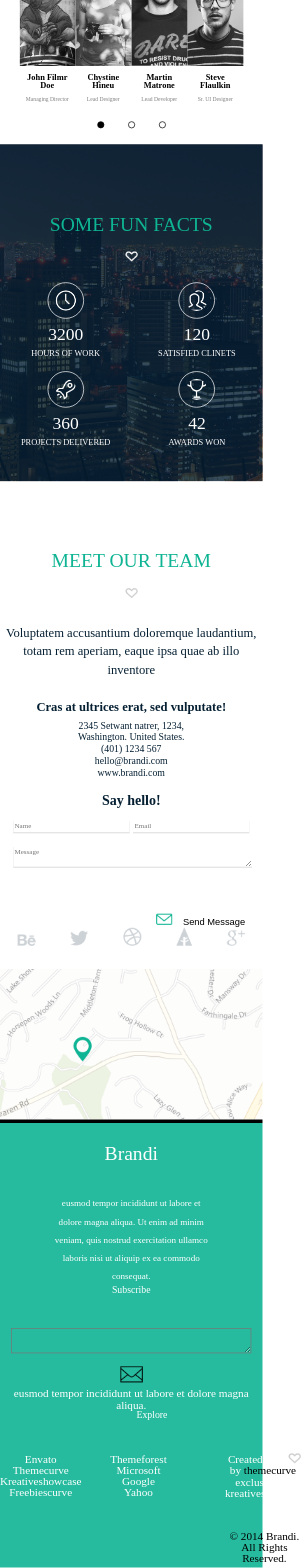
Repository: iravakilova/Brandi
Page: app/html/index.html
The author's editor kept a copy of each file at every save. The page is drawn from the files as they stood at one save, then again after a run of saves.
The browser window is 375 px wide. The page is 434 px wide, so the pictures cover 434 px, including what lies to the right of the window. The pictures show the part of the page from y = 2565 to 4805 px (the page is 4805 px tall before and 4768 px after), at 70% of full size.
The style sheet was rebuilt from its Sass, Less or Tailwind sources for each picture, by a compiler version that may differ from the author's.

Above is the page before, as saved 2020-03-12 19:53:41.

### app/html/index.html
<!DOCTYPE html>
<html lang="en">
<head>
    <meta charset="UTF-8">
    <meta name="viewport" content="width=device-width, initial-scale=1.0">
    <title>BRANDI</title>
    <link rel="stylesheet" href="css/style.css">
</head>
<body>

    <!-- header -->

    <header class="header">
        <div class="container">
            <div class="header__inner">
                <div class="header__logo">
                    <p class="logo">Brandi</p>
                    <p class="logo-text">I’am your tag line</p>
                </div>
                <nav class="header-menu">
                    <img class="burger-menu" src="./img/menu.png" alt="">
                    <div class="navigation">
                        <a class="navigation__link active" href="#">Home</a>
                        <a class="navigation__link" href="#">Features</a>
                        <a class="navigation__link" href="#">Works</a>
                        <a class="navigation__link" href="#">Team</a>
                        <a class="navigation__link" href="#">Contact</a>
                    </div>
                </nav>
            </div>
        </div>

        <div class="intro">
            <div class="container">
                <div class="intro__inner">
                    <h1 class="intro__title">Meet <span style="font-weight: bold;">Brandi! </span> </h1>
                    <h2 class="intro__suptitle"><span style="color:#0fde95;">/creative</span> one page template.</h2>
                    <span class="intro__descr">We are a team of professionals</span>
                </div>
                <div class="social">
                    <a class="social__link" href="#"><img src="./img/twitter.png" alt="twitter"></a>
                    <a class="social__link" href="#"><img src="./img/facebook.png" alt="facebook"></a>
                    <a class="social__link" href="#"><img src="./img/google.png" alt="google"></a>
                    <a class="social__link" href="#"><img src="./img/dribbble.png" alt="dribbble"></a>
                </div>
            </div>
        </div>
    </header>

    <!-- features -->

    <section class="features">
        <div class="container">
            <h3 class="unit-title">Features</h3>
            <img class="heart" src="./img/heart-1.png" alt="">
            <div class="features__inner">
                <div class="features__var">
                    <div class="features__image">
                        <img src="./img/features-1.png" alt="">
                    </div>
                    <div class="features__item">
                        <h4 class="features__title">Branding</h4>
                        <p class="features__descr">Sed ut perspiciatis unde omnis iste natus error sit voluptatem accusantium doloremque laudantium, totam rem aperiam, eaque ipsa quae ab illo inventore</p>
                    </div>
                </div>
                <div class="features__var">
                    <div class="features__image">
                        <img src="./img/features-2.png" alt="">
                    </div>
                    <div class="features__item">
                        <h4 class="features__title">Development</h4>
                        <p class="features__descr">Sed ut perspiciatis unde omnis iste natus error sit voluptatem accusantium doloremque laudantium, totam rem aperiam, eaque ipsa quae ab illo inventore</p>
                    </div>
                </div>
                <div class="features__var">
                    <div class="features__image">
                        <img src="./img/features-3.png" alt="">
                    </div>
                    <div class="features__item">
                        <h4 class="features__title">Consulting</h4>
                        <p class="features__descr">Sed ut perspiciatis unde omnis iste natus error sit voluptatem accusantium doloremque laudantium, totam rem aperiam, eaque ipsa quae ab illo inventore</p>
                    </div>
                </div>
            </div>
        </div>
    </section>

    <!-- works -->

    <section class="works">
        <div class="wrap">
            <h3 class="unit-title">Works</h3>
            <img class="heart" src="./img/heart-1.png" alt="">
            <p class="unit-article">Sed ut perspiciatis unde omnis iste natus error sit voluptatem accusantium doloremque laudantium, totam<br/> rem aperiam, eaque ipsa quae ab illo inventore</p>
            <nav class="works-menu">
                <a class="works-menu__link" href="#">All</a>
                <a class="works-menu__link" href="#">Branding</a>
                <a class="works-menu__link" href="#">Web</a>
                <a class="works-menu__link" href="#">Logo Design</a>
                <a class="works-menu__link" href="#">Photography</a>
            </nav>
            <div class="gallery">
                <div class="gallery__container">
                    <div class="gallery__box">
                        <img class="gallery__img" src="./img/works-1.png" alt="">
                        <div class="ladore">
                            <div class="ladore__img">
                                <img src="./img/eye.png" alt="">
                            </div>
                            <h4 class="ladore__title">Labore et dolore magnam</h4>
                            <p class="ladore__descr">Photography</p>
                        </div>
                    </div>
                    <div class="gallery__box">
                        <img class="gallery__img" src="./img/works-2.png" alt="">
                        <div class="ladore">
                            <div class="ladore__img">
                                <img src="./img/eye.png" alt="">
                            </div>
                            <h4 class="ladore__title">Labore et dolore magnam</h4>
                            <p class="ladore__descr">Photography</p>
                        </div>
                    </div>
                    <div class="gallery__box">
                        <img class="gallery__img" src="./img/works-3.png" alt="">
                        <div class="ladore">
                            <div class="ladore__img">
                                <img src="./img/eye.png" alt="">
                            </div>
                            <h4 class="ladore__title">Labore et dolore magnam</h4>
                            <p class="ladore__descr">Photography</p>
                        </div>
                    </div>
                    <div class="gallery__box">
                        <img class="gallery__img" src="./img/works-4.png" alt="">
                        <div class="ladore">
                            <div class="ladore__img">
                                <img src="./img/eye.png" alt="">
                            </div>
                            <h4 class="ladore__title">Labore et dolore magnam</h4>
                            <p class="ladore__descr">Photography</p>
                        </div>
                    </div>
                    <div class="gallery__box">
                        <img class="gallery__img" src="./img/works-5.png" alt="">
                        <div class="ladore">
                            <div class="ladore__img">
                                <img src="./img/eye.png" alt="">
                            </div>
                            <h4 class="ladore__title">Labore et dolore magnam</h4>
                            <p class="ladore__descr">Photography</p>
                        </div>
                    </div>
                    <div class="gallery__box">
                        <img class="gallery__img" src="./img/works-6.png" alt="">
                        <div class="ladore">
                            <div class="ladore__img">
                                <img src="./img/eye.png" alt="">
                            </div>
                            <h4 class="ladore__title">Labore et dolore magnam</h4>
                            <p class="ladore__descr">Photography</p>
                        </div>
                    </div>
                    <div class="gallery__box">
                        <img class="gallery__img" src="./img/works-7.png" alt="">
                        <div class="ladore">
                            <div class="ladore__img">
                                <img src="./img/eye.png" alt="">
                            </div>
                            <h4 class="ladore__title">Labore et dolore magnam</h4>
                            <p class="ladore__descr">Photography</p>
                        </div>
                    </div>
                    <div class="gallery__box">
                        <img class="gallery__img" src="./img/works-8.png" alt="">
                        <div class="ladore">
                            <div class="ladore__img">
                                <img src="./img/eye.png" alt="">
                            </div>
                            <h4 class="ladore__title">Labore et dolore magnam</h4>
                            <p class="ladore__descr">Photography</p>
                        </div>
                    </div>
                </div>
            </div>
        </div>
    </section>

    <!-- team -->

    <section class="team">
        <div class="container">
            <h3 class="unit-title">Meet Our Team</h3>
            <img class="heart" src="./img/heart-1.png" alt="">
            <p class="unit-article">Sed ut perspiciatis unde omnis iste natus error sit voluptatem accusantium doloremque laudantium, totam <br/>rem aperiam, eaque ipsa quae ab illo inventore</p>
            <div class="crew">
                <input type="radio" name="switch" id="btn1" checked>
                <input type="radio" name="switch" id="btn2">
                <input type="radio" name="switch" id="btn3">

                <div class="switch">
                    <label for="btn1"></label>
                    <label for="btn2"></label>
                    <label for="btn3"></label>
                </div>
                <div class="crew__container">
                    <div class="crew__box">
                        <div class="crew__box__inner">
                            <img class="crew__img" src="./img/team-1.png" alt="">
                            <div class="crew__info">
                                <h4 class="crew__title">Nemo enim ipsam voluptatem quia voluptas</h4>
                                <p class="crew__descr">sit aspernatur aut odit aut fugit, sed quia consequuntur magni dolores eos qui ratione voluptatem.</p>
                                <div class="crew__social">
                                    <a class="crew__social__link" href="#"><img src="./img/twitter.png" alt="twitter"></a>
                                    <a class="crew__social__link" href="#"><img src="./img/facebook.png" alt="facebook"></a>
                                    <a class="crew__social__link" href="#"><img src="./img/google.png" alt="google"></a>
                                </div>
                            </div>
                        </div>
                        <h4 class="crew__suptitle">John Filmr Doe</h4>
                        <p class="crew__supdescr">Managing Director</p>
                    </div>
                    <div class="crew__box">
                        <div class="crew__box__inner">
                            <img class="crew__img" src="./img/team-2.png" alt="">
                            <div class="crew__info">
                                <h4 class="crew__title">Nemo enim ipsam voluptatem quia voluptas</h4>
                                <p class="crew__descr">sit aspernatur aut odit aut fugit, sed quia consequuntur magni dolores eos qui ratione voluptatem.</p>
                                <div class="crew__social">
                                    <a class="crew__social__link" href="#"><img src="./img/twitter.png" alt="twitter"></a>
                                    <a class="crew__social__link" href="#"><img src="./img/facebook.png" alt="facebook"></a>
                                    <a class="crew__social__link" href="#"><img src="./img/google.png" alt="google"></a>
                                </div>
                            </div>
                        </div>
                        <h4 class="crew__suptitle">Chystine Hineu</h4>
                        <p class="crew__supdescr">Lead Designer</p>
                    </div>
                    <div class="crew__box">
                        <div class="crew__box__inner">
                            <img class="crew__img" src="./img/team-3.png" alt="">
                            <div class="crew__info">
                                <h4 class="crew__title">Nemo enim ipsam voluptatem quia voluptas</h4>
                                <p class="crew__descr">sit aspernatur aut odit aut fugit, sed quia consequuntur magni dolores eos qui ratione voluptatem.</p>
                                <div class="crew__social">
                                    <a class="crew__social__link" href="#"><img src="./img/twitter.png" alt="twitter"></a>
                                    <a class="crew__social__link" href="#"><img src="./img/facebook.png" alt="facebook"></a>
                                    <a class="crew__social__link" href="#"><img src="./img/google.png" alt="google"></a>
                                </div>
                            </div>
                        </div>
                        <h4 class="crew__suptitle">Martin Matrone</h4>
                        <p class="crew__supdescr">Lead Developer</p>
                    </div>
                    <div class="crew__box">
                        <div class="crew__box__inner">
                            <img class="crew__img" src="./img/team-4.png" alt="">
                            <div class="crew__info">
                                <h4 class="crew__title">Nemo enim ipsam voluptatem quia voluptas</h4>
                                <p class="crew__descr">sit aspernatur aut odit aut fugit, sed quia consequuntur magni dolores eos qui ratione voluptatem.</p>
                                <div class="crew__social">
                                    <a class="crew__social__link" href="#"><img src="./img/twitter.png" alt="twitter"></a>
                                    <a class="crew__social__link" href="#"><img src="./img/facebook.png" alt="facebook"></a>
                                    <a class="crew__social__link" href="#"><img src="./img/google.png" alt="google"></a>
                                </div>
                            </div>
                        </div>
                        <h4 class="crew__suptitle">Steve Flaulkin</h4>
                        <p class="crew__supdescr">Sr. UI Designer</p>
                    </div>
                </div>
            </div>
        </div>
    </section>

    <!-- facts -->

    <section class="facts">
        <div class="container">
            <h3 class="unit-title">Some Fun Facts</h3>
            <img class="heart" src="./img/heart-2.png" alt="">
            <div class="facts__inner">
                <div class="facts__var">
                    <img class="facts__image" src="./img/fact-1.png" alt="">
                    <h4 class="facts__title">3200</h4>
                    <p class="facts__descr">Hours of Work</p>
                </div>
                <div class="facts__var">
                    <img class="facts__image" src="./img/fact-2.png" alt="">
                    <h4 class="facts__title">120</h4>
                    <p class="facts__descr">Satisfied Clinets</p>
                </div>
                <div class="facts__var">
                    <img class="facts__image" src="./img/fact-3.png" alt="">
                    <h4 class="facts__title">360</h4>
                    <p class="facts__descr">Projects delivered</p>
                </div>
                <div class="facts__var">
                    <img class="facts__image" src="./img/fact-4.png" alt="">
                    <h4 class="facts__title">42</h4>
                    <p class="facts__descr">Awards Won</p>
                </div>
            </div>
        </div>
    </section>

    <!-- discuss -->

    <section class="discuss">
        <div class="container">
            <h3 class="unit-title">Meet Our Team</h3>
            <img class="heart" src="./img/heart-1.png" alt="">
            <p class="unit-article">Voluptatem accusantium doloremque laudantium, totam rem aperiam, eaque ipsa quae ab illo inventore</p>
            <div class="discuss__inner">
                <div class="leftside">
                    <h4 class="leftside__title">Cras at ultrices erat, sed vulputate!</h4>
                    <p class="leftside__descr">2345 Setwant natrer, 1234,<br/>Washington. United States.<br/>(401) 1234 567<br/>hello@brandi.com<br/>www.brandi.com</p>
                </div>
                <div class="middleside">
                    <h4 class="middleside__title">Say hello!</h4>
                    <form class="middleside__area">
                        <div class="middleside__input">
                            <input type="text" placeholder="Name" class="form-control">
                            <input type="text" placeholder="Email" class="form-control">
                        </div>
                        <div class="middleside__textarea">
                            <textarea type="text" placeholder="Message" class="form-control"></textarea>
                        </div>
                        <div class="middleside__button">
                            <button><a href="#"><img src="./img/convert-1.png" alt=""> Send Message</a></button>
                        </div>
                    </form>
                </div>
                <div class="rightside">
                    <a href="#"><img class="rightside__img" src="./img/discuss-behance.png" alt=""></a>
                    <a href="#"><img class="rightside__img" src="./img/discuss-twitter.png" alt=""></a>
                    <a href="#"><img class="rightside__img" src="./img/discuss-dribbble.png" alt=""></a>
                    <a href="#"><img class="rightside__img" src="./img/discuss-forrst.png" alt=""></a>
                    <a href="#"><img class="rightside__img" src="./img/discuss-google.png" alt=""></a>
                </div>
            </div>
        </div>
        <div class="map"><img src="./img/point.png" alt="" class="point"></div>
    </section>

    <!-- footer -->

    <footer class="footer">
        <div class="container">
            <div class="footer__inner">
                <div class="logo-part">
                    <p class="footer__logo">Brandi</p>
                    <p class="footer__descr">eusmod tempor incididunt ut labore et<br/> dolore magna aliqua. Ut enim ad minim<br/> veniam, quis nostrud exercitation ullamco<br/>
                         laboris nisi ut aliquip ex ea commodo<br/>
                        consequat.</p>
                </div>
                <div class="subsribe-part">
                    <h4 class="footer__title">Subscribe</h4>
                    <form action="" class="footer__textarea">
                        <textarea type="text" class="form-control"></textarea>
                        <div class="footer__button">
                            <button><a href="#"><img src="./img/convert.png" alt=""></a></button>
                        </div>
                    </form>
                    <p class="footer__descr">eusmod tempor incididunt ut labore et dolore magna aliqua. </p>
                </div>
                <div class="explore-part">
                    <h4 class="footer__title">Explore</h4>
                    <div class="explore-part__inner">
                        <div class="part-one">
                            <p class="footer__descr">Envato</p>
                            <p class="footer__descr">Themecurve</p>
                            <p class="footer__descr">Kreativeshowcase</p>
                            <p class="footer__descr">Freebiescurve</p>
                        </div>
                        <div class="part-two">
                            <p class="footer__descr">Themeforest</p>
                            <p class="footer__descr">Microsoft</p>
                            <p class="footer__descr">Google</p>
                            <p class="footer__descr">Yahoo</p>
                        </div>
                        <div class="part-three">
                            <p class="footer__descr">Created with <img src="./img/heart-1.png" alt=""> by <span style="color: black;">themecurve</span>,<br/>
                                exclusive for kreativeshowcase</p>
                            <p class="footer__descr quote"><span style="color: black;">© 2014 Brandi. All Rights Reserved.</span></p>
                        </div>
                    </div>
                </div>
            </div>
        </div>
    </footer>

</body>
</html>

### app/scss/style.scss

@import "reset";
@import "header";
@import "features";
@import "works";
@import "team";
@import "facts";
@import "discuss";
@import "footer";


.container {
    width: 100%;
    max-width: 1200px;
    margin: 0 auto;
    filter: brightness(100%);
}
.unit-title{
    font-family: "OpenSans-Extrabold", "AdobeInvisFont", "MyriadPro-Regular";
    font-size: 28px;
    color: rgba(14, 180, 147, 255);
    text-transform: uppercase;
    text-align: center;
    padding-top: 100px;
}
.heart{
    display: block;
    margin: 0 auto;
    padding-top: 25px;
}
.unit-article{
    font-family: "OpenSans-Semibold", "AdobeInvisFont", "MyriadPro-Regular";
    font-size: 18px;
    color: rgba(6, 32, 51, 255);
    text-align: center;
    padding-top: 36px;
    line-height: 1.5;
}

### app/scss/_features.scss

/* features */

.features {
    width: 100%;
    max-width: 1600px;
    margin: 0 auto;
    background-color: #f4f7f9;

    .features__inner {
      display: flex;
      justify-content: space-between;
      align-items: center;
      padding: 67px 0 80px;

      .features__var {
        margin-right: 44px;
        display: flex;

        &:last-child {
          margin-right: 0px;
        }

        .features__image {
          display: block;
          margin-right: 17px;
        }

        .features__title {
          font-family: "OpenSans-Semibold", "AdobeInvisFont", "MyriadPro-Regular";
          font-size: 20px;
          color: rgba(6, 32, 51, 255);
          padding-bottom: 22px;
        }

        .features__descr {
          font-family: "OpenSans", "AdobeInvisFont", "MyriadPro-Regular";
          font-size: 13px;
          color: rgba(6, 32, 51, 255);
          line-height: 1.5;
        }
      }
    }
  }

  @media only screen and (min-width : 320px) and (max-width : 480px){

    .features {
      max-width: 480px;
      min-width: 320px;

      .features__inner {
        display: block;
        padding: 30px 0px;

        .features__var {
          margin: 0px 20px 20px;

          &:last-child {
            margin: 0px 20px;
          }

          .features__image {
            margin-right: 10px;
          }

          .features__title {
            padding-bottom: 10px;
          }

          .features__descr {
            text-align: justify;
          }
        }
      }
    }

  }

### app/scss/_footer.scss

/* footer */

.footer {
    width: 100%;
    max-width: 1600px;
    margin: 0 auto;
    background: url(/img/labore.png) no-repeat center top;
    background-size: cover;
    color: #fff;

    .footer__inner {
      padding: 99px 0 127px;
      width: 100%;
      display: flex;
      justify-content: space-between;
      align-items: baseline;

      .logo-part {
        padding-right: 45px;

        .footer__logo {
          color: #fff;
          font-size: 28px;
          padding-bottom: 44px;
        }

        .footer__descr {
          font-family: "OpenSans", "AdobeInvisFont", "MyriadPro-Regular";
          font-size: 13px;
          line-height: 2;
        }
      }

      .footer__title {
        font-family: "OpenSans-Bold", "AdobeInvisFont", "MyriadPro-Regular";
        font-size: 14px;
        padding-bottom: 47px;
      }

      .subsribe-part {
        .footer__textarea textarea {
          width: 90%;
          background: transparent;
          margin-bottom: 10px;
        }

        .footer__button button {
          border: none;
          background: transparent;
        }
      }

      .explore-part__inner {
        display: flex;
        justify-content: space-between;

        .part-two {
          padding: 0 83px 0 41px;
        }

        .quote {
          padding-top: 45px;
        }
      }
    }
  }

  @media only screen and (min-width : 320px) and (max-width : 480px){

    .footer {
      max-width: 480px;
      min-width: 320px;

      .footer__inner {
        padding: 30px 0 5px;
        flex-direction: column;
        text-align: center;

        .logo-part {
          width: 100%;
          padding-right: 0px;

          .footer__logo {
            color: #fff;
            font-size: 28px;
            padding-bottom: 44px;
          }

          .footer__descr {
            font-family: "OpenSans", "AdobeInvisFont", "MyriadPro-Regular";
            font-size: 13px;
            line-height: 2;
          }
        }

        .footer__title {
          font-family: "OpenSans-Bold", "AdobeInvisFont", "MyriadPro-Regular";
          font-size: 14px;
          padding-bottom: 47px;
        }

        .subsribe-part {
          .footer__textarea textarea {
            width: 90%;
            background: transparent;
            margin-bottom: 10px;
          }

          .footer__button button {
            border: none;
            background: transparent;
          }
        }

        .explore-part__inner {
          display: flex;
          justify-content: space-between;

          .part-two {
            padding: 0 83px 0 41px;
          }

          .quote {
            padding-top: 45px;
          }
        }
      }
    }

  }

Loaded but not shown: app/scss/_reset.scss (common file); app/scss/_team.scss (212 lines, source omitted); app/scss/_discuss.scss (212 lines, source omitted); app/scss/_header.scss (198 lines, source omitted); app/scss/_works.scss (166 lines, source omitted); app/scss/_facts.scss (111 lines, source omitted)

After the next 2 saves:
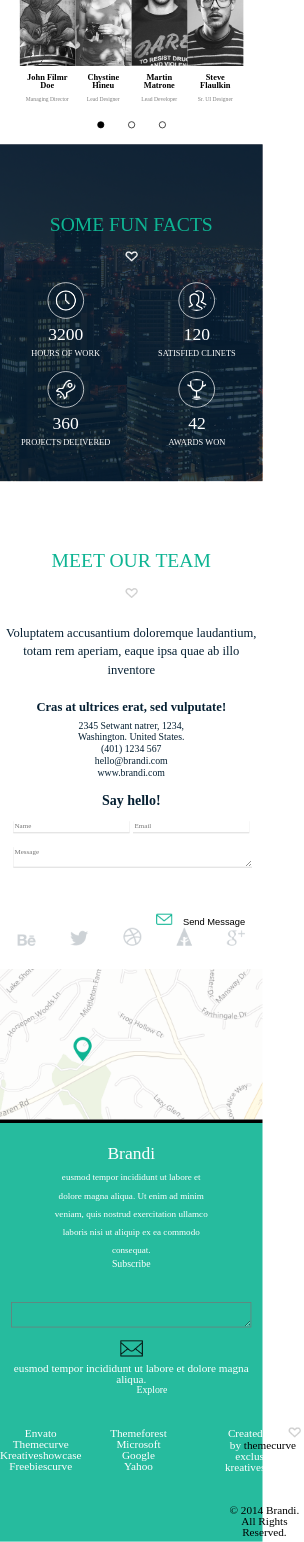
The 2 saves are shown as one change because they came seconds apart.
The last was saved 14 s later.
--- a/app/scss/_footer.scss
+++ b/app/scss/_footer.scss
@@ -82,9 +82,8 @@
           padding-right: 0px;
 
           .footer__logo {
-            color: #fff;
-            font-size: 28px;
-            padding-bottom: 44px;
+            font-size: 25px;
+            padding-bottom: 10px;
           }
 
           .footer__descr {
